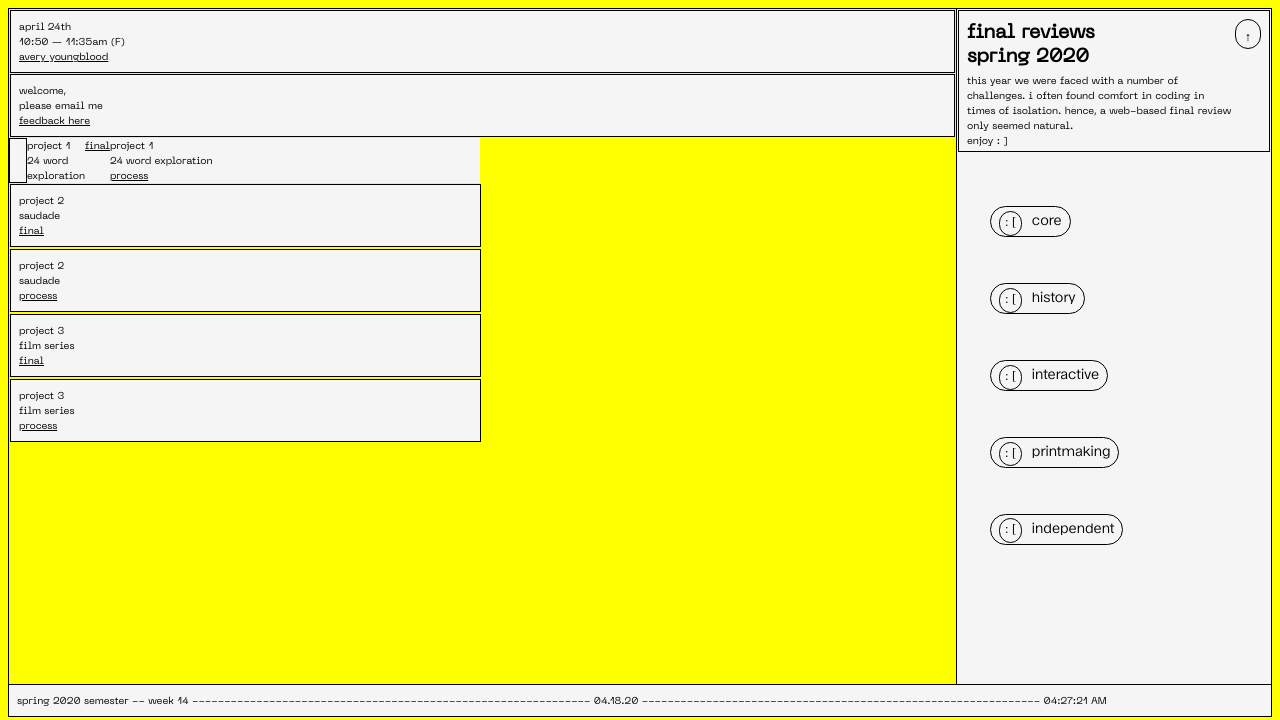
Repository: ayoungblood2/Spring-Semester-2020
Page: index v2/classes/core.html
An editor plug-in stored every save of this project. The page is shown before and after the next save, followed by the edit.
The browser window is 1280 px wide. The pictures show the whole page.
Some web libraries are served in a nearby version.

Above is the page before, as saved 2020-04-18 15:34:07.

After the next save:
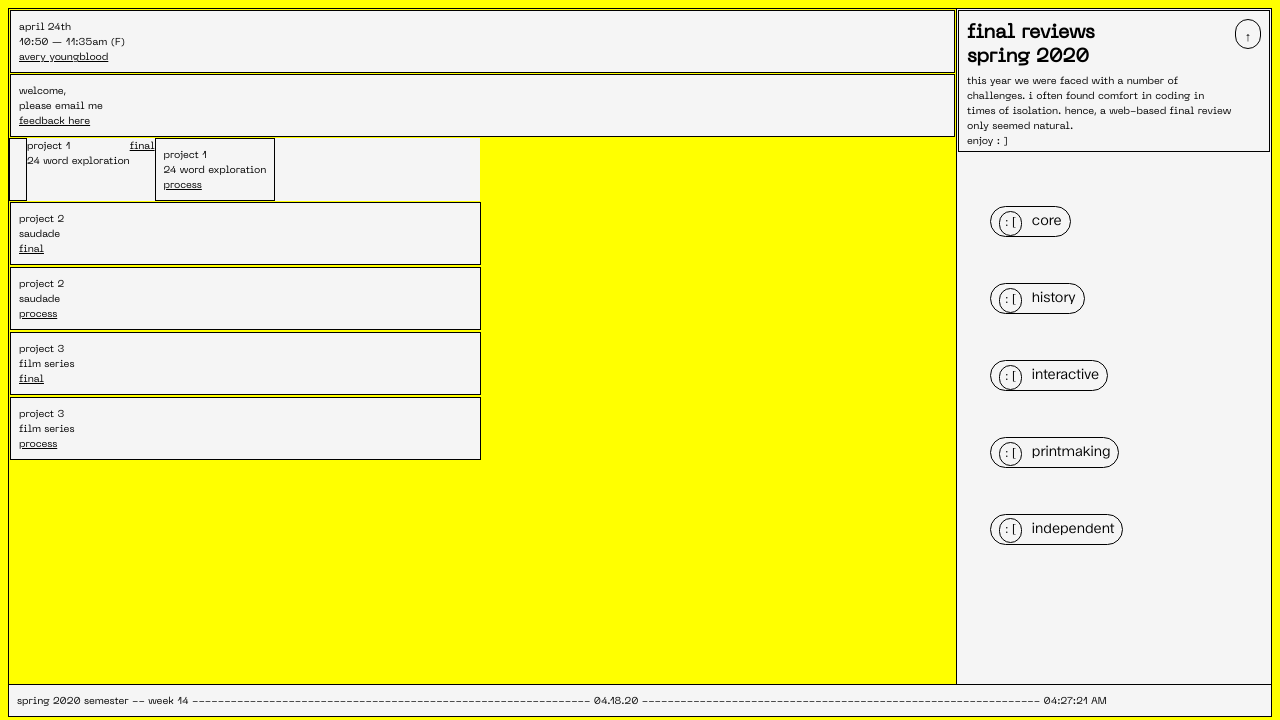
Saved 16 s later.
--- a/index v2/classes/core.html
+++ b/index v2/classes/core.html
@@ -54,7 +54,7 @@
                 <br><a href="/index v2/classes/core-prct1-1.html" class="PageHeader--link">final</a>
             </section>
 
-            <section class="PageHeader-classInfo">
+            <section class="grid-item">
                 project 1
                 <br> 24 word exploration
                 <br><a href="/index v2/classes/core-prct1-2.html" class="PageHeader--link">process</a>
